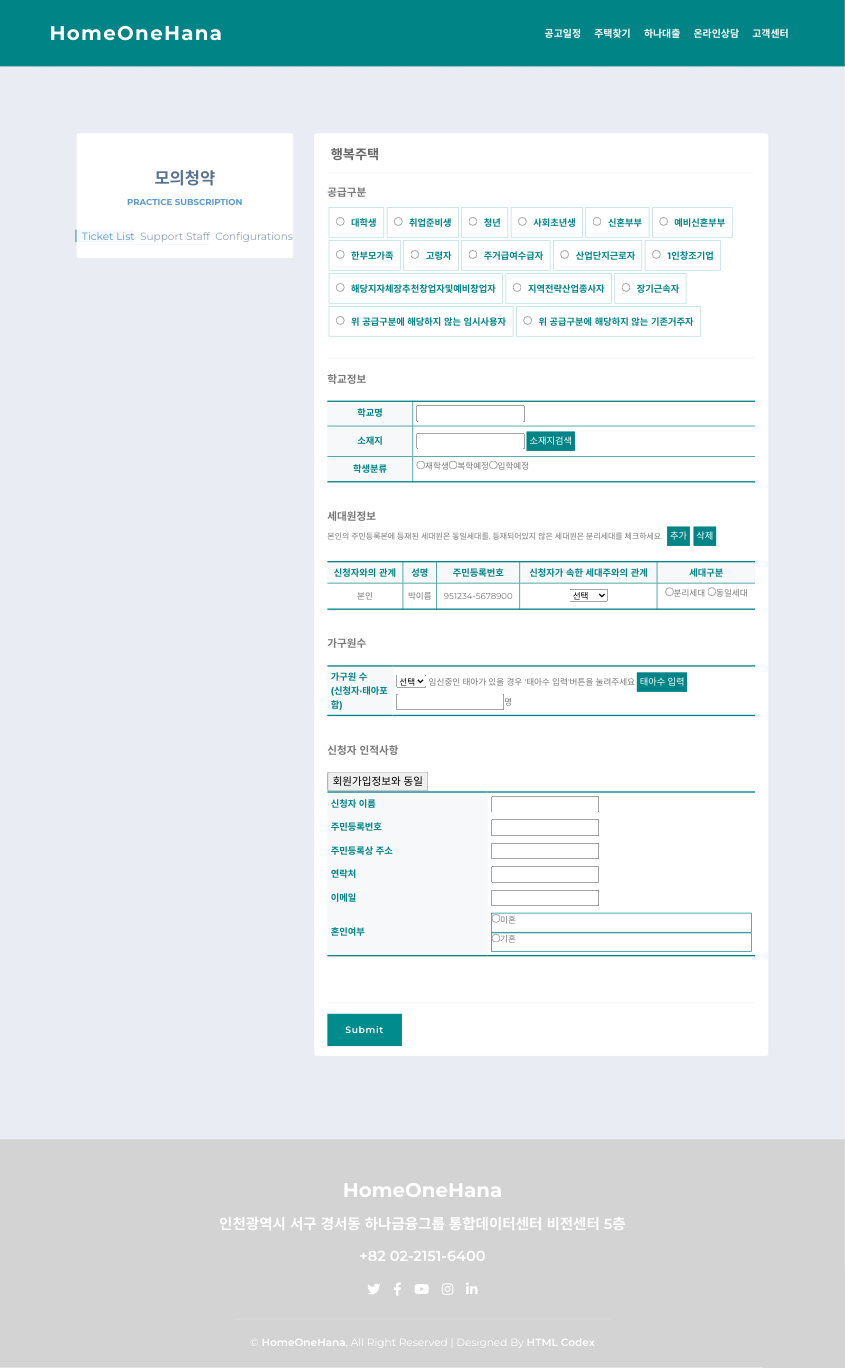
Repository: koposoftware/2021_10_syyoon
Page: http://localhost/HomeOneHana/WEB-INF/jsp/subscription/subscription.jsp
These files come from the project's save history. The page is drawn as it stood at one moment and after the next save; the edit follows.
The browser window is 1280 px wide. The pictures show the whole page, at 66% of full size.
Some icons come from a web library that is not loaded, so they are not drawn. Some web libraries are served in a nearby version. The page is served by Tomcat 9. Nobody is signed in. The template is opened directly, without the code that normally fills it, so the values that code supplies are empty.

Above is the page before, as saved 2021-09-15 00:42:41.

After the next save:
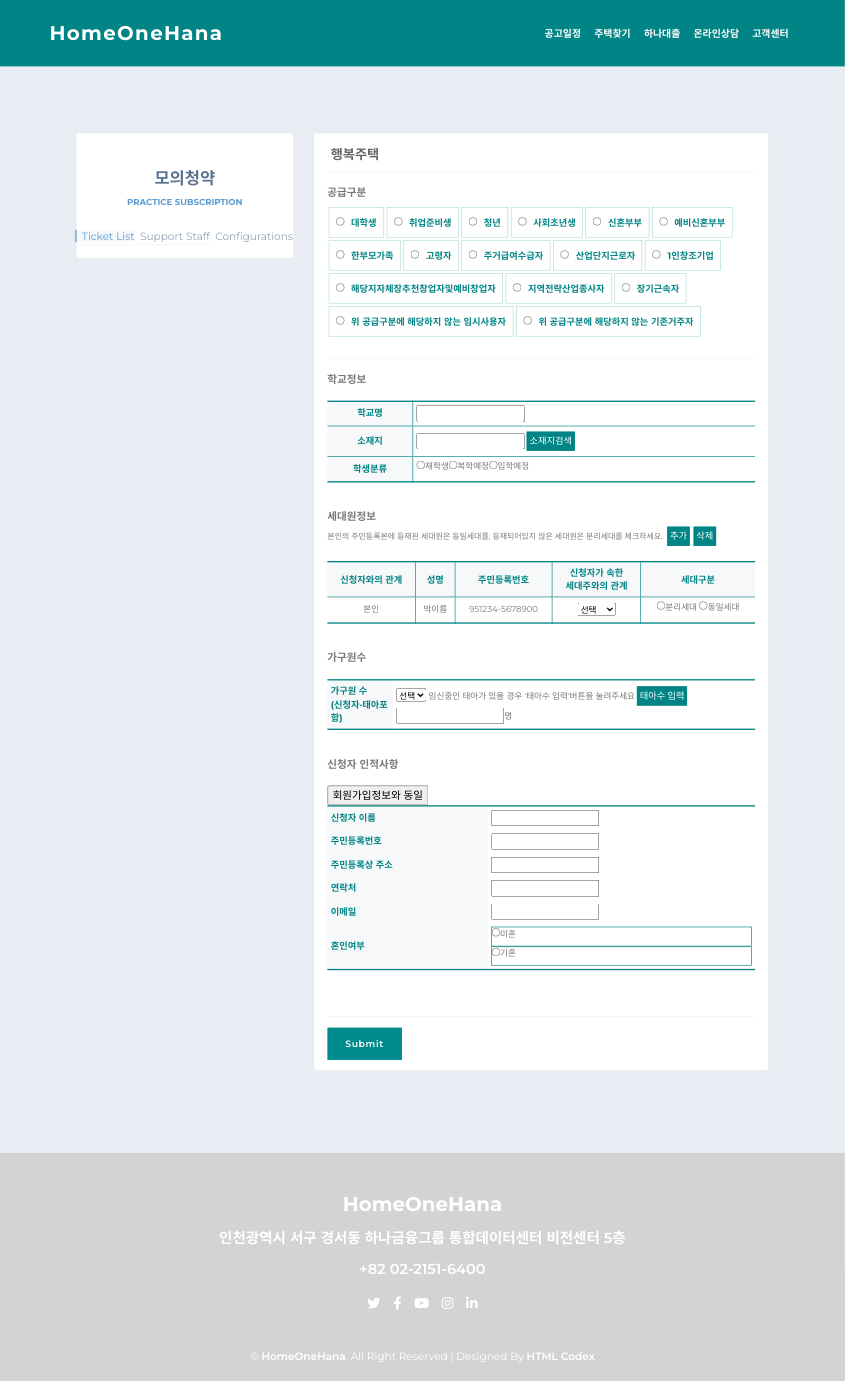
Saved 2 min 16 s later.
--- a/project/Spring-mvc/HomeOneHana/src/main/webapp/WEB-INF/jsp/subscription/subscription.jsp
+++ b/project/Spring-mvc/HomeOneHana/src/main/webapp/WEB-INF/jsp/subscription/subscription.jsp
@@ -134,7 +134,7 @@
 					                                				<th><div class="icontent">신청자와의 관계</div></th>
 					                                				<th><div class="icontent">성명</div></th>
 					                                				<th><div class="icontent">주민등록번호</div></th>
-					                                				<th><div class="icontent">신청자가 속한 세대주와의 관계</div></th>
+					                                				<th><div class="icontent">신청자가 속한<br>세대주와의 관계</div></th>
 					                                				<th><div class="icontent">세대구분</div></th>
 					                                			</tr>
 				                                			</thead>
